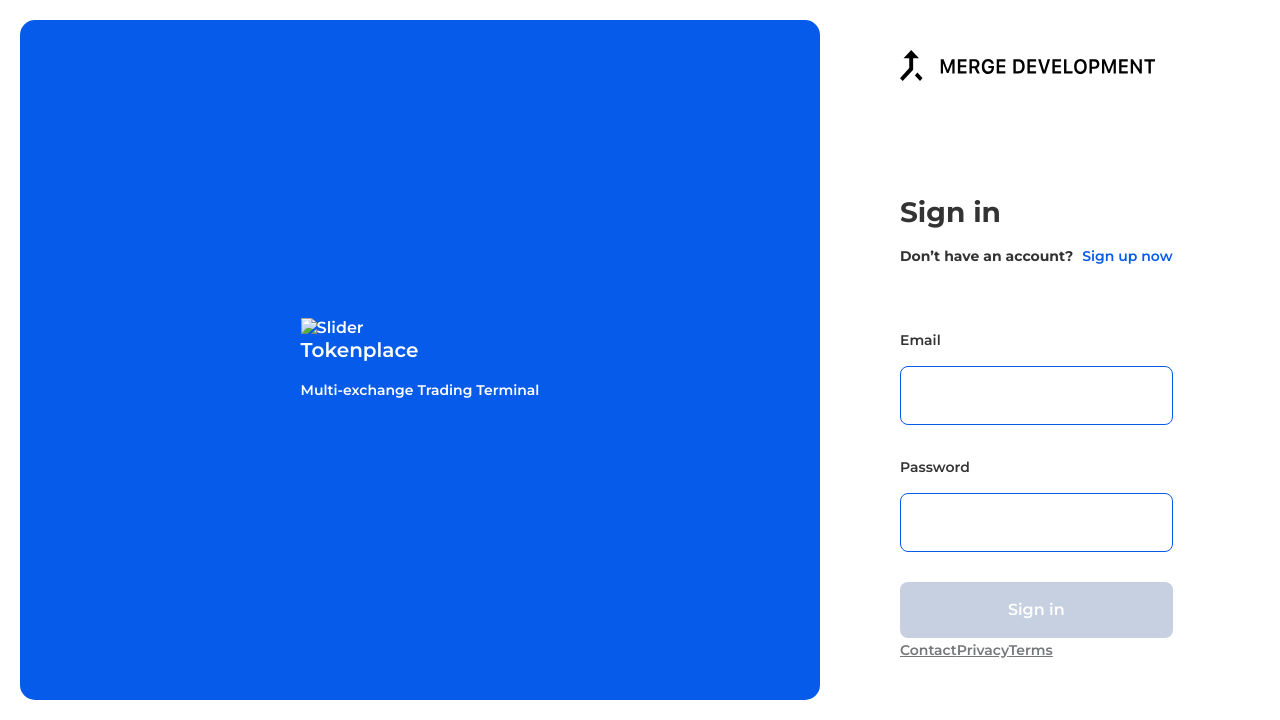
Repository: 13RedFox/form-project
Page: /
The author's editor kept a copy of each file at every save. The page is drawn from the files as they stood at one save, then again after the next save.
The browser window is 1280 px wide. The pictures show the whole page.
The project was rebuilt for these pictures with package versions that can differ from the ones it lists, and the page was loaded fresh each time.

Above is the page before, as saved 2021-08-04 18:26:29.

After the next save:
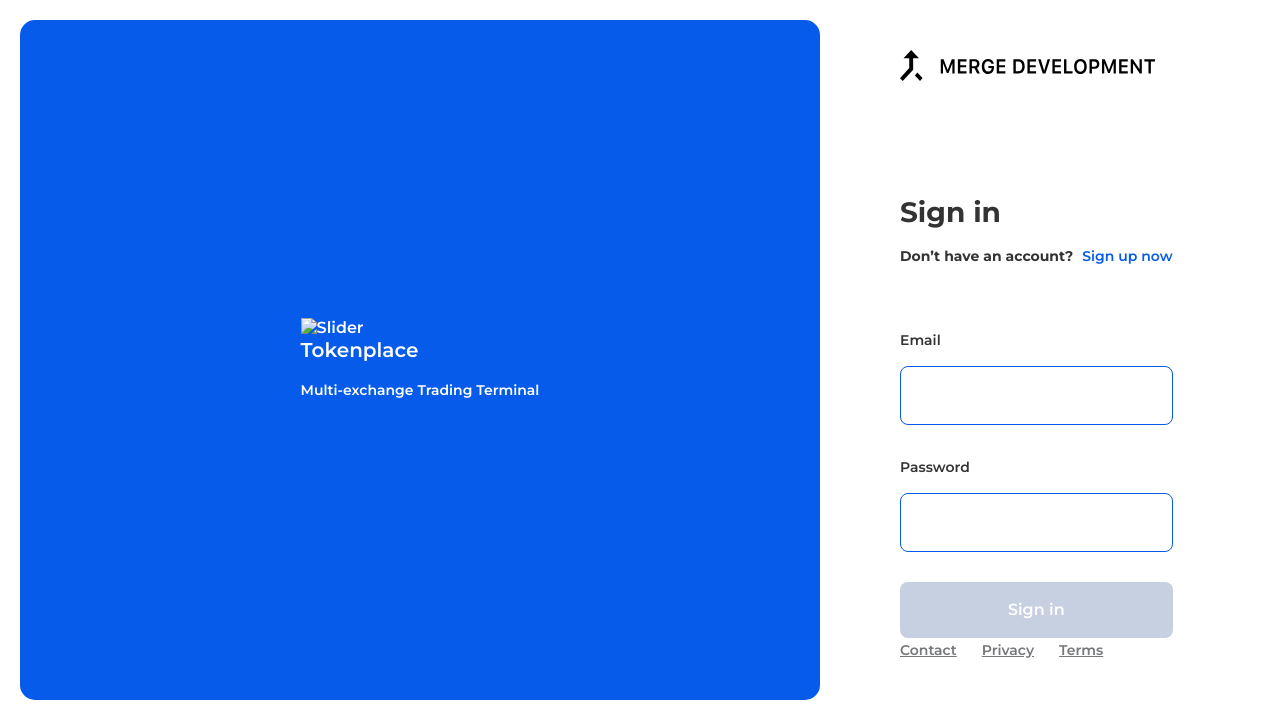
Saved 21 s later.
--- a/src/components/Form/Form.module.scss
+++ b/src/components/Form/Form.module.scss
@@ -42,10 +42,14 @@
 }
 
 .privacyText {
-  ont-weight: 600;
+  font-weight: 600;
   font-size: 14px;
   line-height: 24px;
-  /* identical to box height, or 171% */
 
   color: #75777a;
+  margin-right: 25px;
+
+  &:last-child {
+    margin-right: 0;
+  }
 }
